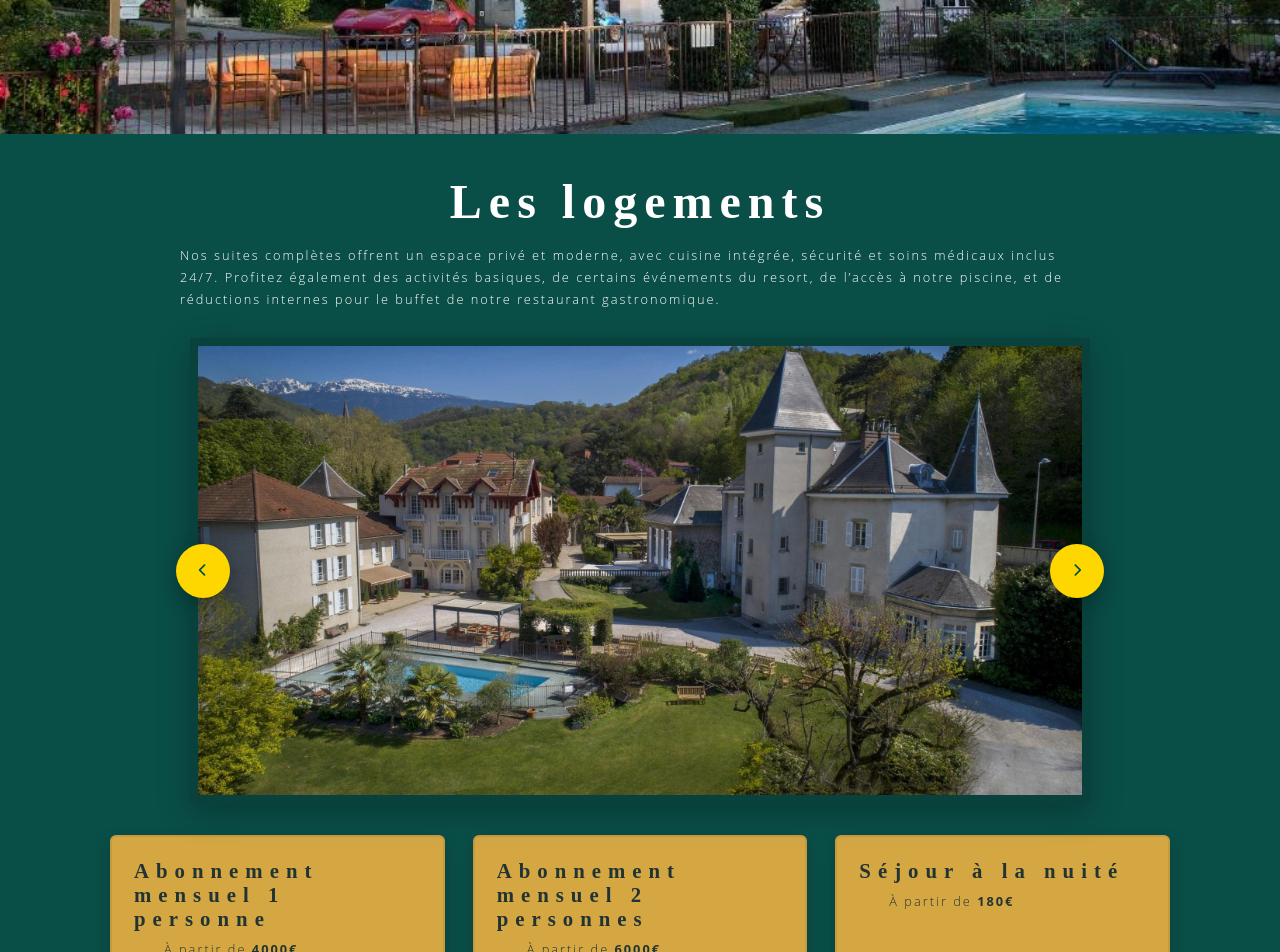
Repository: Rahimzeeeer/alteaaaa
Page: maison.html
The author's editor kept a copy of each file at every save. The page is drawn from the files as they stood at one save, then again after the next save.
The browser window is 1280 px wide. The pictures show the part of the page from y = 340 to 1292 px (the page is 3072 px tall before and 3166 px after).
A picture or video elsewhere on the page could not be fetched, so the positions and the page height are approximate.

Above is the page before, as saved 2025-08-12 17:04:15.

### maison.html
<!DOCTYPE html>
<html lang="fr">
<head>
  <meta charset="UTF-8" />
  <meta name="viewport" content="width=device-width, initial-scale=1.0"/>
  <title>Votre maison – Altea</title>
  <link rel="stylesheet" href="style.css" />
  <link rel="stylesheet" href="https://cdnjs.cloudflare.com/ajax/libs/font-awesome/6.5.0/css/all.min.css"/>
</head>
<body>

  <!-- Navbar -->
  <header>
    <nav class="navbar">
      <ul>
        <li><a href="index.html">Homepage</a></li>
        <li><a href="maison.html" class="active">Votre maison</a></li>
        <li><a href="restaurant.html">Restaurant</a></li>
        <li><a href="style.html">Style de vie</a></li>
        <li><a href="apropos.html">À propos de nous</a></li>
      </ul>
    </nav>
  </header>

  <!-- Bandeau visuel + encart -->
  <section class="cover-banner" style="--cover:url('images/maison/cover.jpg')">
    <p class="cover-bubble">
      Altea est idéalement située au Château de la Commanderie, à seulement 10 minutes du centre-ville de Grenoble,
      dans un cadre historique et verdoyant. Entourée d’un parc, notre résidence offre des chambres spacieuses,
      un restaurant gastronomique, un spa de 200 m², ainsi qu’une piscine chauffée.
    </p>
  </section>

  <!-- Titre + intro -->
  <section class="lodging-intro">
    <h1>Les logements</h1>
    <p>
      Nos suites complètes offrent un espace privé et moderne, avec cuisine intégrée, sécurité et soins médicaux inclus 24/7.
      Profitez également des activités basiques, de certains événements du resort, de l’accès à notre piscine, et de
      réductions internes pour le buffet de notre restaurant gastronomique.
    </p>

    <!-- Visuel principal / carrousel (statique pour l’instant) -->
    <div class="lodging-hero">
      <button class="slide-btn prev"><i class="fa-solid fa-chevron-left"></i></button>
      <img src="images/maison/slider-1.jpg" alt="Résidence Altea" />
      <button class="slide-btn next"><i class="fa-solid fa-chevron-right"></i></button>
    </div>

    <!-- Cartes tarifs -->
    <div class="price-cards">
      <article class="price-card">
        <h3>Abonnement mensuel 1 personne</h3>
        <p class="price-note">À partir de <strong>4000€</strong></p>
      </article>
      <article class="price-card">
        <h3>Abonnement mensuel 2 personnes</h3>
        <p class="price-note">À partir de <strong>6000€</strong></p>
      </article>
      <article class="price-card">
        <h3>Séjour à la nuité</h3>
        <p class="price-note">À partir de <strong>180€</strong></p>
      </article>
    </div>
  </section>

  <!-- Équipements (panneau blanc) -->
  <section class="features-panel">
    <div class="features-grid">
      <div class="feature"><i class="fa-solid fa-bath"></i> Grande salle de bains</div>
      <div class="feature"><i class="fa-solid fa-bed"></i> 1 ou 2 chambres</div>
      <div class="feature"><i class="fa-solid fa-couch"></i> Grand salon</div>

      <div class="feature"><i class="fa-solid fa-wind"></i> Climatisation chaud/froid</div>
      <div class="feature"><i class="fa-solid fa-shutters"></i> Stores électriques</div>
      <div class="feature"><i class="fa-solid fa-kitchen-set"></i> Cuisine équipée</div>

      <div class="feature"><i class="fa-solid fa-archway"></i> Terrasse ou jardin privatif</div>
      <div class="feature"><i class="fa-solid fa-bell-concierge"></i> Concierge</div>
      <div class="feature"><i class="fa-solid fa-square-parking"></i> Parking/garage en option</div>

      <div class="feature"><i class="fa-solid fa-box-open"></i> Débarras</div>
      <div class="feature"><i class="fa-solid fa-paw"></i> Animaux autorisés</div>
      <div class="feature"><i class="fa-solid fa-video"></i> Sécurité et surveillance</div>

      <div class="feature"><i class="fa-solid fa-people-group"></i> Espaces communautaires</div>
      <div class="feature"><i class="fa-solid fa-utensils"></i> Restaurant dans le complexe</div>
      <div class="feature"><i class="fa-solid fa-water-ladder"></i> Piscines</div>

      <div class="feature"><i class="fa-solid fa-house-medical"></i> Pôle médical & beauté</div>
      <div class="feature"><i class="fa-solid fa-suitcase-medical"></i> Assistance 24/7</div>
      <div class="feature"><i class="fa-solid fa-seedling"></i> Cadre verdoyant</div>
    </div>
  </section>

  <!-- Texte + galerie à légendes -->
  <section class="lodging-gallery">
    <div class="lg-text">
      <p>
        Tous les appartements pour séniors sont dotés d’un salon, d’une cuisine entièrement équipée et d’une
        chambre. Vous pouvez choisir parmi différentes catégories, qui varient en fonction de leur emplacement,
        de leur agencement et de leur superficie.
      </p>
    </div>
    <div class="lg-grid">
      <figure class="lg-item">
        <img src="images/maison/lit-senior.png" alt="Lit senior électrique" />
        <figcaption>Lit senior électrique</figcaption>
      </figure>
      <figure class="lg-item">
        <img src="images/maison/cuisine.webp" alt="Cuisine et salle à manger" />
        <figcaption>Cuisine et salle à manger</figcaption>
      </figure>
      <figure class="lg-item">
        <img src="images/maison/chambre.jpg" alt="Chambre lumineuse" />
        <figcaption>Chambre lumineuse</figcaption>
      </figure>
    </div>
  </section>

</body>
</html>

### style.css
/* =========================
   Variables & reset
========================= */
:root{
  --green: #0a4e48;      /* vert profond (fond global) */
  --teal:  #004d4d;      /* navbar / boutons */
  --gold:  gold;         /* accents dorés */
  --ink:   #233;         /* texte sombre sur fond clair */
  --white: #fff;
}

*{ box-sizing: border-box; }

/* ===== Fonts ===== */
/* Exemple : Serif pour titres et Sans-serif pour le reste */
@import url('https://fonts.googleapis.com/css2?family=Merriweather:wght@400;700&family=Open+Sans:wght@400;600&display=swap');


/* Titres en serif */
h1, h2, h3, .section-title {
  font-family: 'Open sans', serif;
  letter-spacing: 7px;
  font-size: 2.5rem; /* plus grand */
}

h1{
  font-size: 3rem; /* plus grand */
}
h2{
  font-size: 2rem; /* plus grand */
}

h3{
  font-size: 1.8rem; /* plus grand */
}
p{
  font-size: 0.8rem; /* plus grand */
}


p, span{
  font-family: 'Open sans', sans-serif;
  letter-spacing: 2px;
  font-weight : lighter
}



body{
  margin: 0;
  font-family: 'Open Sans', sans-serif;
  background-color: var(--green);
  color: var(--white);
}

/* Texte vert sur fond jaune */
.gold-bg {
    background-color: #d4a949;
    color: #004d40; /* Vert foncé élégant */
}

.gold-bg h2,
.gold-bg h3,
.gold-bg p {
    color: #004d40;
}


/* =========================
   Navbar
========================= */
.navbar{
  background-color: var(--teal);
  padding: 10px 0;
  text-align: right;
  box-shadow: 0 2px 8px rgba(0,0,0,0.3);
}
.navbar ul{ list-style: none; margin: 0; padding: 0; }
.navbar li{ display: inline-block; margin: 0 15px; }
.navbar a{
  color: #ccc;
  text-decoration: none;
  font-size: 16px;
  transition: color .3s ease;
}
.navbar a:hover,
.navbar a.active{ color: var(--white); }
.navbar a.active{ font-weight: bold; }

/* =========================
   Hero
========================= */
.hero {
  position: relative;
  width: 100%;
  height: 90vh;
  display: flex;
  align-items: center;
  justify-content: center;
}

.hero-image {
  position: absolute; inset: 0;
  width: 100%; height: 100%;
  object-fit: cover; z-index: -1;
  filter: brightness(0.8);
  transform: scale(1.03);
}

/* === Homepage hero refinements === */
.hero-content {
  width: 100%;
  height: 100%;
  display: flex;
  flex-direction: column;
  justify-content: flex-start;
  align-items: center;
  padding-top: 2vh; /* valeur réduite = logo monte */
  text-align: center;
  color: var(--white);
}


.hero-logo {
  max-width: 280px; /* taille augmentée */
}


.hero-welcome {
  font-family: 'Open sans', serif;
  letter-spacing: 10px;
  text-transform: uppercase;
  font-size: 2rem; /* plus grand pour un effet prestige */
  opacity: 0.9;
  margin-bottom: 8px;
}


.hero-buttons {
  position: absolute;
  bottom: 24px;
  margin: 0;
}

.hero-buttons .btn {
  display: inline-block;
  background-color: var(--green);
  color: var(--gold);
  padding: 10px 16px;
  margin: 10px;
  font-weight: lighter;
  text-decoration: none;
  border-radius: 4px;
  transition: filter 0.3s, transform 0.3s;
  font-size: 1em;
  border: 1px solid rgba(0,0,0,0.1);
  font-family: 'Open sans'seif;
  letter-spacing: 5px;
}

.hero-buttons .btn:hover {
  filter: brightness(1.05);
  transform: translateY(-1px);
}


/* =========================
   Catégories
========================= */
.section-title{
  text-align: center;
  font-size: 2rem;
  margin: 30px 0;
  color: var(--white);
  font-weight: lighter;
}
.category-grid{
  display: grid;
  grid-template-columns: repeat(3, 1fr);
  gap: 15px;
  max-width: 1000px;
  margin: 0 auto;
}
.category-item{ position: relative; overflow: hidden; }
.category-item img{ width: 100%; display: block; }
.category-item span{
  position: absolute; left: 50%; bottom: 10px;
  transform: translateX(-50%);
  background-color: rgba(0,77,77,.8);
  color: var(--white);
  padding: 6px 12px;

  border-radius: 4px;
}

/* =========================
   Notre resort
========================= */
.resort{
  max-width: 1000px;
  margin: 50px auto;
  padding: 20px;
  color: var(--white);
  text-align: center;
}
.resort-text h2{ font-size: 2em; margin: 0 0 10px; }
.resort-text p{ margin: 15px 0; line-height: 1.5; }
.btn-gold{
  background-color: var(--gold);
  color: var(--teal);
  padding: 8px 14px;
  text-decoration: none;
  font-weight: bold;
  border-radius: 20px;

}
.resort-video video{
  margin-top: 20px;
  width: 100%;
  border-radius: 8px;
}

/* =========================
   Actualités
========================= */
.actualites{
  padding: 40px;
  text-align: center;
  background-color: var(--teal);
  color: var(--white);
}
.actus-grid{
  display: grid;
  grid-template-columns: repeat(3, 1fr);
  padding: 0 50px; /* marge interne gauche/droite */
  gap: 20px;
}
.actus-item{
  background: transparent;
  border: 1px solid var(--gold);
  position: relative;
}
.actus-item img{
  width: 100%;
  height: 300px;         /* taille uniforme */
  object-fit: cover;     /* recadrage propre */
  border-bottom: 2px solid var(--gold);
}
.actus-item h3,p{
  text-align: left;
  padding: 0 30px;
}
.plus-btn{
  position: absolute; bottom: 10px; right: 10px;
  background-color: var(--gold);
  color: var(--teal);
  font-weight: bold;
  border-radius: 50%;
  padding: 5px 10px;
  cursor: pointer;
}

/* =========================
   Avis (fond flou en arrière-plan)
========================= */
.avis{
  position: relative;
  overflow: hidden;
  min-height: 100vh;                    /* ≈ une page */
  display: flex; flex-direction: column;
  justify-content: center; align-items: center;
  padding: 60px 20px;
  text-align: center;
  color: var(--white);
}
.avis::before{
  content: "";
  position: absolute; inset: 0;
  background: url('images/index/avisbg.png') center/cover no-repeat;
  filter: brightness(0.6);
  transform: scale(1.03);
  z-index: 0;
}
.avis > *{ position: relative; z-index: 1; }
.avis h2{ margin-bottom: 24px; font-size: 2.2rem; }
.avis-container{
  display: flex; justify-content: center; flex-wrap: wrap;
  gap: 40px;
}
.avis-item{ max-width: 360px; font-style: italic; }

/* =========================
   Nous contacter
========================= */
.contact{
  background-color: #d4a743;  /* fond or/moutarde */
  padding: 60px 20px;
  color: var(--ink);
  text-align: center;
}

.contact h3 {
  text-align: left;
  font-size: 1.8rem;

}

.contact-grid{
  max-width: 1000px; margin: 0 auto;
  display: grid; grid-template-columns: repeat(3, 1fr);
  gap: 24px;
}
.contact-box{
  background: rgba(255,255,255,.02);
  border: 2px solid var(--green);
  border-radius: 8px;
  padding: 24px;
  min-height: 220px;
  box-shadow: 0 2px 6px rgba(0,0,0,.08);
}
.contact-box h3{
  margin: 0 0 12px;
  font-weight: 700;
}

/* =========================
   Responsive
========================= */
@media (max-width: 900px){
  .category-grid{ grid-template-columns: 1fr 1fr; }
  .actus-grid{ grid-template-columns: 1fr; }
  .contact-grid{ grid-template-columns: 1fr; }
  .hero{ height: 70vh; }
}


/* =========================
   Votre maison
========================= */

/* Bandeau haut avec encart */
.cover-banner{
  position: relative;
  width: 100%;
  height: 60vh;
  background: var(--green);
  display: flex;
  align-items: flex-start;
  justify-content: center;
  padding-top: 40px;
}
.cover-banner::before{
  content: "";
  position: absolute; inset: 0;
  background: var(--green) center/cover no-repeat;
  background-image: var(--cover);

  z-index: 0;
}
.cover-bubble{
  position: relative;
  z-index: 1;
  max-width: 1100px;
  margin: 0 20px;
  background: rgba(0,77,77,.7);
  color: var(--white);
  padding: 16px 22px;
  border-radius: 10px;
  line-height: 1.6;
}

/* Intro + titre + grand visuel */
.lodging-intro{
  max-width: 1100px;
  margin: 40px auto 20px;
  padding: 0 20px;
}
.lodging-intro h1{
  font-family: 'Merriweather', serif;
  font-size: 3rem;
  text-align: center;
  margin: 10px 0 16px;
}
.lodging-intro p{
  text-align: left;
  line-height: 1.7;
  max-width: 980px;
  margin: 0 auto 28px;
}
.lodging-hero{
  position: relative;
  max-width: 900px;
  margin: 0 auto 32px;
  border: 8px solid rgba(0,0,0,.15);
  box-shadow: 0 10px 30px rgba(0,0,0,.25);
}
.lodging-hero img{
  display: block;
  width: 100%;
  height: auto;
}
.slide-btn{
  position: absolute; top: 50%; transform: translateY(-50%);
  width: 54px; height: 54px; border: none; cursor: pointer;
  border-radius: 50%;
  background: var(--gold);
  color: var(--teal);
  display: grid; place-items: center;
  box-shadow: 0 6px 20px rgba(0,0,0,.25);
}
.slide-btn.prev{ left: -22px; }
.slide-btn.next{ right: -22px; }

/* Tarifs */
.price-cards{
  display: grid;
  grid-template-columns: repeat(3, 1fr);
  gap: 28px;
  margin: 26px auto 10px;
  max-width: 1100px;
}
.price-card{
  background: #d4a743;
  color: var(--ink);
  padding: 22px;
  border-radius: 6px;
  box-shadow: 0 6px 16px rgba(0,0,0,.18);
  border: 2px solid rgba(0,0,0,.08);
}
.price-card h3{
  margin: 0 0 8px;
  font-family: 'Merriweather', serif;
  font-size: 1.3rem;
}
.price-note{ margin: 0; }

/* Panneau des équipements (blanc) */
.features-panel{
  background: var(--white);
  color: var(--ink);
  margin: 60px auto;
  max-width: 1100px;
  border-radius: 6px;
  padding: 36px 28px;
}
.features-grid{
  display: grid;
  grid-template-columns: repeat(3, 1fr);
  gap: 22px 40px;
}
.feature{
  display: flex; align-items: center; gap: 12px;
  font-size: 1rem;
}
.feature i{
  color: #b9c36a;          /* vert jaunâtre comme sur la maquette */
  font-size: 26px;
  width: 28px; text-align: center;
}

/* Texte + galerie à légendes */
.lodging-gallery{
  max-width: 1100px; margin: 40px auto 80px; padding: 0 20px;
  display: grid; grid-template-columns: 1fr 1.2fr; gap: 28px;
}
.lg-text p{ line-height: 1.8; margin: 0; }
.lg-grid{
  display: grid; gap: 22px;
}
.lg-item{
  background: rgba(255,255,255,.06);
  border: 1px solid rgba(255,255,255,.15);
}
.lg-item img{ display: block; width: 100%; height: auto; }
.lg-item figcaption{
  text-align: center;
  padding: 12px 10px;
  font-family: 'Merriweather', serif;
  border-top: 1px solid rgba(255,255,255,.15);
}

/* Responsive */
@media (max-width: 1000px){
  .price-cards{ grid-template-columns: 1fr; }
  .features-grid{ grid-template-columns: 1fr 1fr; }
  .lodging-gallery{ grid-template-columns: 1fr; }
  .slide-btn.prev{ left: 8px; } .slide-btn.next{ right: 8px; }
}
@media (max-width: 640px){
  .cover-banner{ height: 50vh; }
  .cover-bubble{ font-size: .95rem; }
  .lodging-intro h1{ font-size: 2.2rem; }
  .features-grid{ grid-template-columns: 1fr; }
}



/* ===== Restaurant ===== */

/* HERO */
.resto-hero {
  position: relative;
  height: 70vh;
  overflow: hidden;
}
.resto-hero img {
  width: 100%;
  height: 100%;
  object-fit: cover;
  filter: brightness(0.75);
}
.resto-hero-content {
  position: absolute;
  top: 50%;
  left: 50%;
  transform: translate(-50%, -50%);
  text-align: center;
  color: white;
}
.resto-hero-content h1 {
  font-size: 3rem;
  margin-bottom: 20px;
  font-family: 'Merriweather', serif;
}
.btn {
  display: inline-block;
  padding: 12px 24px;
  text-decoration: none;
  border-radius: 5px;
  font-weight: bold;
}
.btn-teal { background-color: #004d40; color: white; }
.btn-gold { background-color: #d4a743; color: #004d40; }
.btn:hover { filter: brightness(1.1); }

/* UNE AVENTURE FRANÇAISE */
.resto-aventure {
  display: flex;
  flex-wrap: wrap;
  gap: 20px;
  padding: 50px 5%;
  background-color: #004d40;
  color: white;
}


.aventure-images {
  flex: 1;
  display: flex;
  flex-direction: column;
  gap: 20px;
}
.aventure-images img {
  width: 100%;
  border-radius: 8px;
  object-fit: cover;
}
.aventure-text {
  flex: 1;
}
.aventure-text h2 {
  font-family: 'Merriweather', serif;
  color: #d4a743;
  margin-bottom: 20px;
}
.aventure-text p {
  margin-bottom: 20px;
  line-height: 1.6;
}

/* HORAIRES */
.resto-horaires {
  display: flex;
  flex-wrap: wrap;
  gap: 20px;
  padding: 50px 5%;
  background-color: #d4a743;
}
.horaires-images {
  flex: 1;
  display: flex;
  flex-direction: column;
  gap: 20px;
}
.horaires-images img {
  width: 100%;
  border-radius: 8px;
  object-fit: cover;
}
.horaires-text {
  flex: 1;
  display: flex;
  flex-direction: column;
  justify-content: center;
}
.horaires-text h3 {
  font-family: 'Merriweather', serif;
  margin-bottom: 20px;
  color: #004d40;
}
.horaires-text ul {
  margin-bottom: 20px;
  padding-left: 20px;
}
.horaires-text li {
  margin-bottom: 10px;
}

/* Responsive */
@media (max-width: 768px) {
  .resto-aventure, .resto-horaires {
    flex-direction: column;
  }
}


/* Couleurs de fond */
.gold-bg { background-color: #d4a949; padding: 60px 80px; }
.green-bg { background-color: #004d40; color: white; padding: 60px 80px; }

/* Titres */
.title {
    text-align: center;
    font-size: 2.5rem;
    margin-bottom: 40px;
}
.serif { font-family: 'Times New Roman', serif; }

/* Section sport */
.sport-grid {
    display: grid;
    grid-template-columns: repeat(2, 1fr);
    gap: 30px;
}
.sport-item img {
    width: 100%;
    height: 250px;
    object-fit: cover;
    border-radius: 6px;
}
.sport-item h3 {
    margin-top: 10px;
    font-size: 1.5rem;
}

/* Bien-être */
.wellness-grid {
    display: grid;
    grid-template-columns: 1fr 1.5fr;
    gap: 20px;
}
.wellness-grid .images {
    display: grid;
    grid-template-columns: repeat(2, 1fr);
    gap: 10px;
}
.wellness-grid img {
    width: 100%;
    height: 200px;
    object-fit: cover;
    border-radius: 6px;
}

/* Communauté */
.community-grid {
    display: grid;
    grid-template-columns: repeat(3, 1fr);
    gap: 30px;
    text-align: center;
}
.community-item img {
    width: 100%;
    height: 250px;
    object-fit: cover;
    border-radius: 6px;
}
.community-item h3 {
    margin-top: 15px;
    font-size: 1.4rem;
}

/* Premium */
.premium-text {
    text-align: center;
    margin-bottom: 40px;
}
.premium-grid {
    display: grid;
    grid-template-columns: 2fr 1fr 1fr;
    gap: 20px;
}
.premium-grid img {
    width: 100%;
    height: 300px;
    object-fit: cover;
    border-radius: 6px;
}

.gold-bg {
  background-color: #d4af37; /* jaune doré */
  color: #004d40; /* texte vert foncé */
}

.apropos {
  padding: 60px 5%;
}

.apropos h2 {
  font-family: serif;
  font-size: 2.5rem;
  text-align: center;
  margin-bottom: 50px;
}

.apropos-grid {
  display: flex;
  justify-content: space-between;
  gap: 30px;
}

.apropos-item {
  background-color: #004d40; /* vert foncé */
  color: white;
  border-radius: 8px;
  overflow: hidden;
  flex: 1;
  display: flex;
  flex-direction: column;
}

.apropos-item img {
  width: 100%;
  height: 250px;
  object-fit: cover;
}

.apropos-text {
  padding: 20px;
}

.apropos-text h3 {
  font-size: 1.4rem;
 color: white;
  margin-bottom: 10px;
  font-family: serif;
}

.apropos-text p,
.apropos-text ul {
  font-size: 0.95rem;
  color: white;
  line-height: 1.5;
}

.apropos-text ul {
  list-style-type: disc;
  padding-left: 20px;
}

@media (max-width: 900px) {
  .apropos-grid {
    flex-direction: column;
  }
}

After the next save:
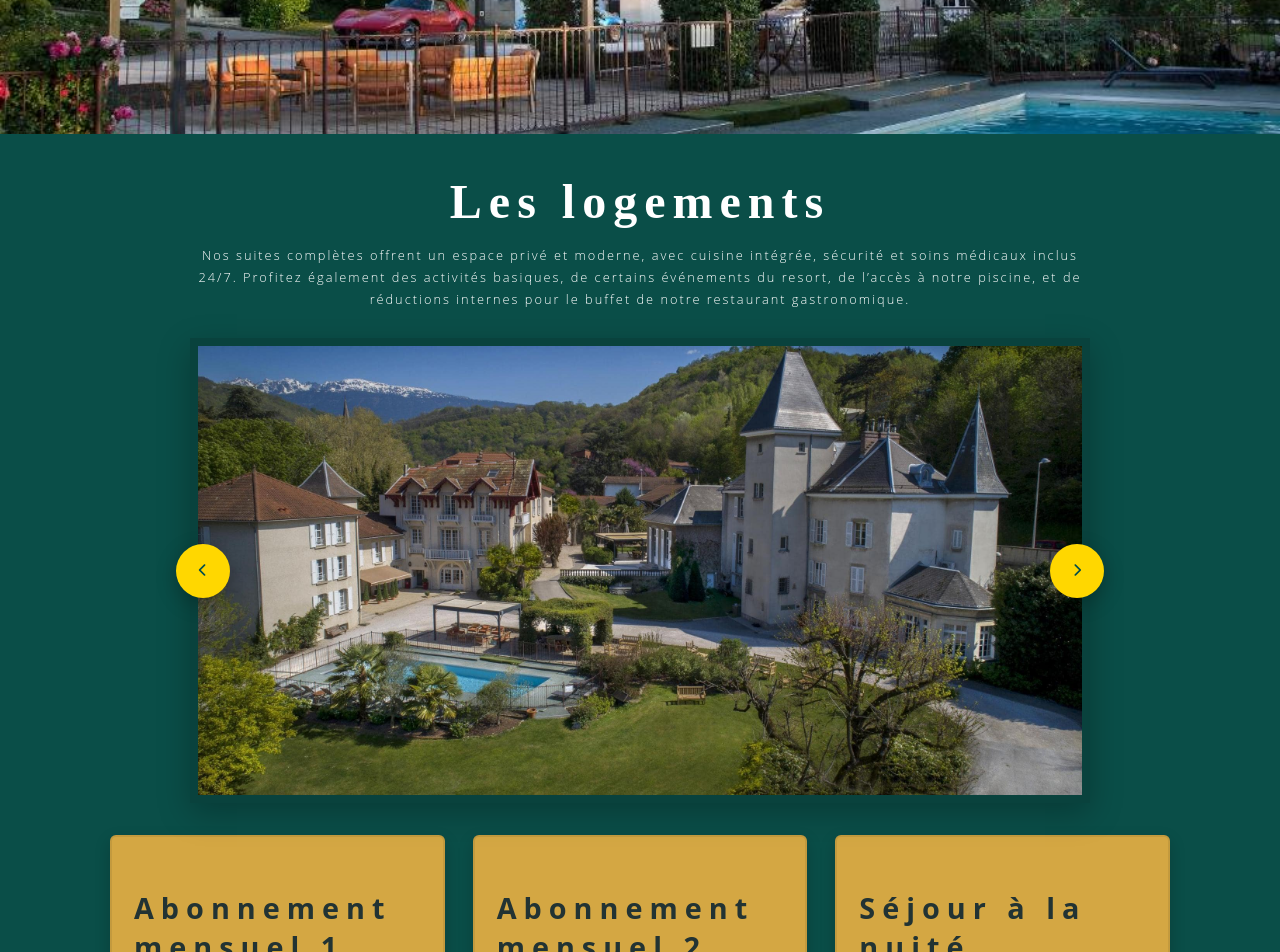
Saved 54 s later.
--- a/style.css
+++ b/style.css
@@ -382,7 +382,7 @@ body{
   margin: 10px 0 16px;
 }
 .lodging-intro p{
-  text-align: left;
+  text-align: center;
   line-height: 1.7;
   max-width: 980px;
   margin: 0 auto 28px;
@@ -427,11 +427,7 @@ body{
   box-shadow: 0 6px 16px rgba(0,0,0,.18);
   border: 2px solid rgba(0,0,0,.08);
 }
-.price-card h3{
-  margin: 0 0 8px;
-  font-family: 'Merriweather', serif;
-  font-size: 1.3rem;
-}
+
 .price-note{ margin: 0; }
 
 /* Panneau des équipements (blanc) */
